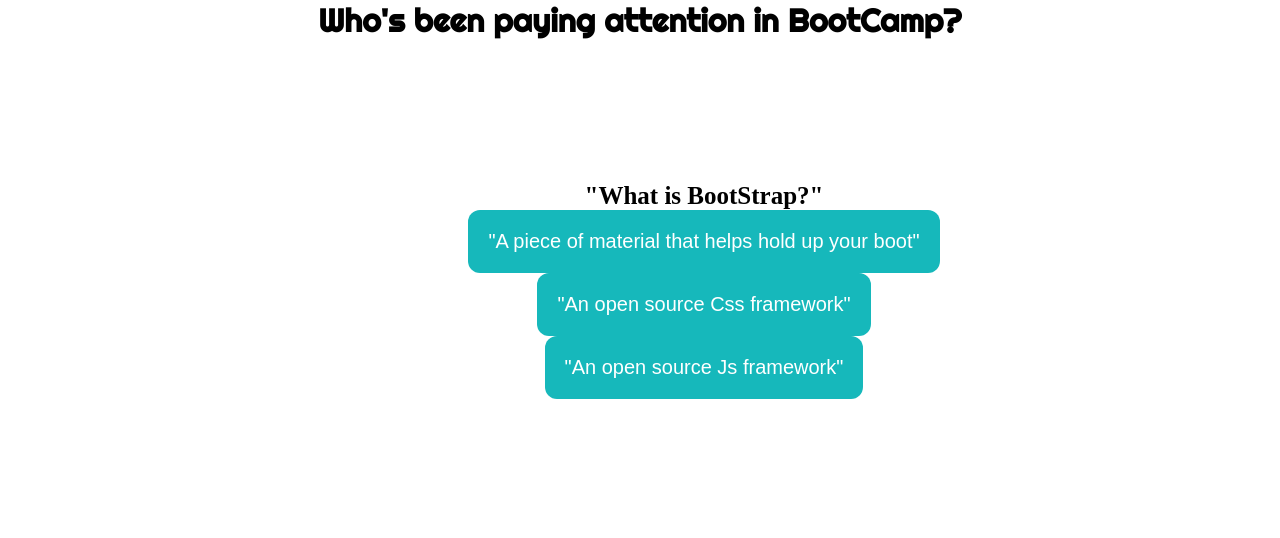
Repository: kkyler24/Quizlet
Page: Quiz.html
The author's editor kept a copy of each file at every save. The page is drawn from the files as they stood at one save, then again after the next save.
The browser window is 1280 px wide. The pictures show the whole page.
Some web libraries are served in a nearby version.

Above is the page before, as saved 2020-03-15 23:54:43.

### Quiz.html
<!DOCTYPE html>

<html lang="en">

<head>
    <meta charset="UTF-8">
    <meta name="viewport" content="width=device-width, initial-scale=1.0">

    <!-- font family -->
    <link href="https://fonts.googleapis.com/css2?family=Righteous&display=swap" rel="stylesheet">

    <!-- Popper -->
    <script src="https://cdnjs.cloudflare.com/ajax/libs/popper.js/1.12.9/umd/popper.min.js"
        integrity="sha384-ApNbgh9B+Y1QKtv3Rn7W3mgPxhU9K/ScQsAP7hUibX39j7fakFPskvXusvfa0b4Q"
        crossorigin="anonymous"></script>
    <!-- Myfiles -->
    <link rel="stylesheet" type="text/css" href="DevOpsFiles/Style.css">
    <title>Quiz it</title>
</head>

<header>Who's been paying attention in BootCamp?</header>

<!-- Quiz Design -->

<body>
    <div id="timespent" class="time"></div>

    <Div class="flex-container">
        <div id="questionBoxOne" class="row" style="display: block;">
            <div class="col-md-6 col-sm-3 questionDiv">
                "What is BootStrap?"
                <div class="col-8 col-sm-6 answerA">
                    <button type="button" class="button">"A piece of material that helps hold up your
                        boot"
                    </button>
                </div>
                <div class="col-8 col-sm-6 answerA correct">
                    <button type="button" class="button">"An open source Css
                        framework"</button>
                </div>
                <div class="col-8 col-sm-6 answerA">
                    <button type="button" class="button">"An open source Js framework"</button>
                </div>
            </div>
        </div>

        <div id="questionBoxTwo" class="row" style="display: none;">
            <div class="col-md-6 col-sm-3 questionDiv">
                "Javascript is to muscles as HTML is to...?"
            </div>
                <div class="col-8 col-sm-6 answerB correct">
                    <button type="button" class="button"> IceCream"</button>
                </div>
                <div class="col-8 col-sm-6 answerB">
                    <button type="button" class="button">"Skin"</button>
                </div>
                <div class="col-8 col-sm-6 answerB">
                    <button type="button" class="button">"Skeleton"</button>
                </div>
            </div>


        <div id="questionBoxThree" class="row" style="display: none;">
            <div class="col-md-6 col-sm-3 questionDiv">
                "What does HTML stand for?"
                <div class="row">

                    <div class="col-8 col-sm-6 answerC">
                        <button type="button" class="button">"Home Tools Mark-up language" </button>

                        <div class="col-8 col-sm-6 answerC">
                            <button type="button" class="button"> "Hyper-text Mark down language "</button>

                            <div class="col-8 col-sm-6 answerC">
                                <button type="button" class="button">"Hyper-text Mark up language
                                    "</button>
                            </div>
                        </div>
                    </div>
                </div>
            </div>
        </div>

        <div id="questionBoxFour" class="row" style="display: none;">
            <div class="col-md-6 col-sm-3 questionDiv">
                "What is BootStrap?"
                <div class="row">

                    <div class="col-8 col-sm-6 answerD">
                        <button type="button" class="button">"A piece of material that helps hold
                            up your boot" </button>

                        <div class="col-8 col-sm-6 answerD">
                            <button type="button" class="button">"An open source Css
                                framework"</button>

                            <div class="col-8 col-sm-6 answerD">
                                <button id="D" type="button" class="button">"An open source Js
                                    framework"</button>
                            </div>
                        </div>
                    </div>
                </div>
            </div>
        </div>
    </Div>

    <script src="https://code.jquery.com/jquery-3.4.1.js"></script>
    <script src="DevOpsFiles/Java.js"></script>
</body>

</html>

### DevOpsFiles/Style.css
body{
    margin: auto;
    text-align: center;
    background-image: image();
  }

.flex-container {
    display: flex;
    height: 500px;
    justify-content: center;
    align-items: center;
    flex-direction: column;
  }

header{
font-family: "Righteous", cursive;
font-size: xx-large;
font-weight: bolder;

  }

#secLeft {
  position: absolute;
  top: 0.1%;
  display: block;
}

#questionBoxOne {
  position: absolute;

}

#questionBoxTwo {
  position: absolute;

}

#questionBoxThree {
  position: absolute;

}

#questionBoxFour {
  position: absolute;

}
.questionDiv{
  font-size: 25px;
  font-weight: bold;

}

.button{
background-color: rgb(22, 184, 187);
padding: 20px;
border-radius: 12px;
border: none;
color: white;
font-family:Arial, Helvetica, sans-serif;
font-size: 20PX;
}

#timespent{
  float: left ;
  border: none;
  height: 100px;
  text-align: center;
  font-size: 40px;
  font-weight: bold;
  margin-top: 15%;
  margin-left: 10%;
}

.startButton{
  text-align: center;
  margin-top: 25%;
}

### DevOpsFiles/Java.js
// var startTime;
var startTime;
function display() {
  // later record end time
  var endTime = new Date();

  // time difference in ms
  var timeDiff = endTime - startTime;

  // strip the miliseconds
  timeDiff /= 1000;

  // get seconds
  var seconds = Math.round(timeDiff % 60);

  // remove seconds from the date
  timeDiff = Math.floor(timeDiff / 60);

  // get minutes
  var minutes = Math.round(timeDiff % 60);

  // remove minutes from the date
  timeDiff = Math.floor(timeDiff / 60);

  // get hours
  var hours = Math.round(timeDiff % 24);

  // remove hours from the date
  timeDiff = Math.floor(timeDiff / 24);

  // the rest of timeDiff is number of days
  var days = timeDiff;

  $(".time").text(minutes + ":" + seconds);
  setTimeout(display, 1000);
}

$(".answerA").click(function () {
  startTime = new Date();
  setTimeout(display, 1000);
});
//   function stopTimer() {
//     secondsElapsed = 0;
//     formatTime();
//   }
//   function startTimer() {
//     if (totalSeconds > 0) {
//       secondsElapsed = 0;
//       timer = setInterval(function () {
//         secondsElapsed++;
//         formatTime();
//       }, 1000);
//     }
//     formatTime();
//   }
// };

// ---Score Code---
var totalScore = [];

function getSum(total, num) {
  return total + Math(num);
}
function myFunction(item) {
  document.getElementById("stats").innerHTML = totalScore.reduce(getSum, 0);
}



// Questions Object
var Quests = [
  {
    Q1: {
      Question: "What is BootStrap?",
      answers: ["A piece of material that helps hold up your boot", "An open source Css framework", "An open source JS framework"],
      answersCorrect: [1]

    },

    Q2: {
      Question: "HTML is to Skeleton as Javascript is to...?",
      answers: ["Muscles", "Skin", "Coffee"],
      answersCorrect: [0]
    },

    Q3: {
      Question: "What does HTML stand for?",
      answers: ["A piece of material that helps hold up your boot", "An open source Css framework", "An open source JS framework"],
      answersCorrect: [3]
    },

    Q4: {
      Question: "What is BootStrap?",
      answers: ["A piece of material that helps hold up your boot", "An open source Css framework", "An open source JS framework"],
      answersCorrect: [2]
    }
  }];


// -->Get faded code<--

var fadeOut = $(".answerA").on("click", function () {
  $("#questionBoxOne").fadeOut(2500, function () {
    $(this).remove();
  })
});

$(".answerA").on("click", function () {
  $("#questionBoxTwo").fadeIn(3600, function () {
  })
});

$('.answerB').on('click', function () {
  $("#questionBoxTwo").fadeOut(2500, function () {
    $(this).remove();
  })
});

$(".answerB").on("click", function () {
  $("#questionBoxThree").fadeIn(3600, function () {

  })
});

$('.answerC').on('click', function () {
  $("#questionBoxThree").fadeOut(2500, function () {
    $(this).remove();
  })
});

$(".answerC").on("click", function () {
  $("#questionBoxFour").fadeIn(3500, function () {
  })
});

$('.answerD').on('click', function () {
  $("#questionBoxFour").fadeOut(2500, function () {
    $(this).remove();
  })
});

$(".answerD").on("click", function () {
    $("#stats").slideDown(3500, function () {
    })
  });

//
// var aBBox = document.getElementsByClassName("col-8 col-sm-6 answerB");
// aBBox.


// done.addEventListener("event", function(){
// $(".answerb").on("event", function(){
//   $("#questionBoxTwo").fadeOut(2000,function(){
//     $(this).remove();
// })});



//
// $("#questionBoxTwo").fadeIn(1000,function())

// fade in after (this).remove has been completed
// var buttonCheck = document.getElementsByClassName("button");
// var totalScore = "";

// button listener



// Check the buttons for correct class
// // for ( var i = 0; i > flex-container.lenght; i++) {
// //   $("button").on("click", function(){
// //     if (buttonCheck.click === button.correct){
// //         totalScore = totalScore + 25;
// //     }
// //     else {secondsElapsed + 1500};
//   }
// )}

After the next save:
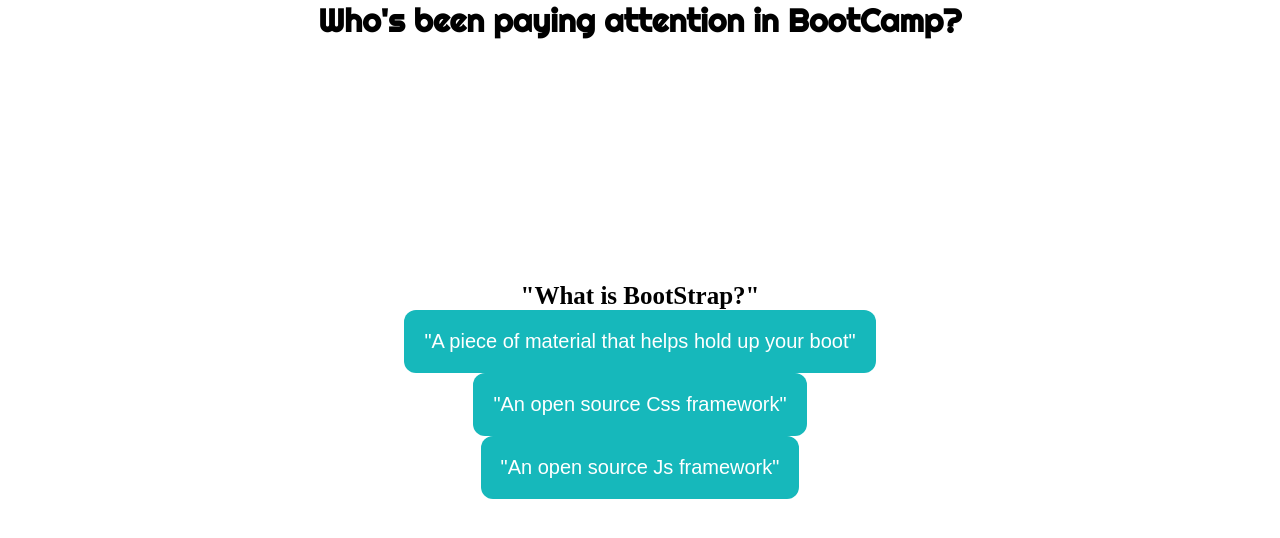
Saved 3 min 51 s later.
--- a/DevOpsFiles/Style.css
+++ b/DevOpsFiles/Style.css
@@ -61,14 +61,12 @@
 }
 
 #timespent{
-  float: left ;
   border: none;
   height: 100px;
   text-align: center;
   font-size: 40px;
   font-weight: bold;
-  margin-top: 15%;
-  margin-left: 10%;
+
 }
 
 .startButton{
